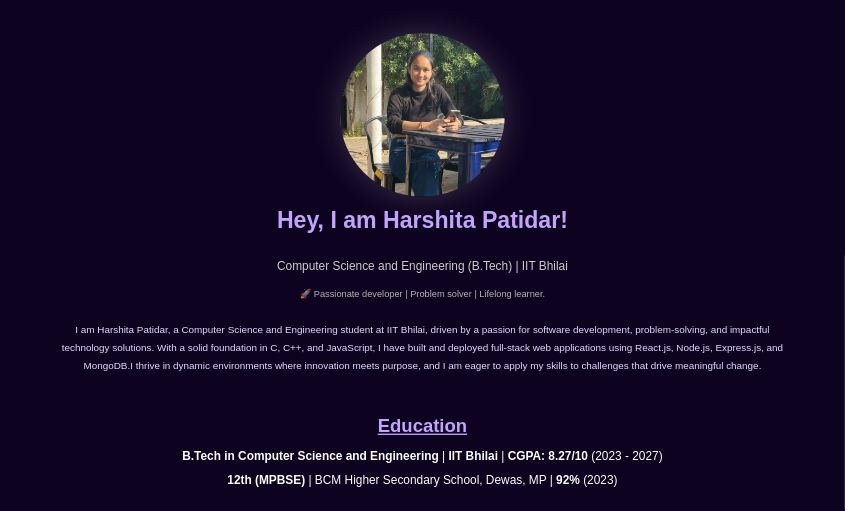
Repository: harshitap1305/Portfolio
Page: /
An editor plug-in stored every save of this project. The page is shown before and after the next save, followed by the edit.
The browser window is 1280 px wide. The pictures show the whole page, at 66% of full size.
The project was rebuilt for these pictures with package versions that can differ from the ones it lists, and the page was loaded fresh each time. Also part of the build but not shown: vite.config.js.

Above is the page before, as saved 2025-03-27 19:12:45.

After the next save:
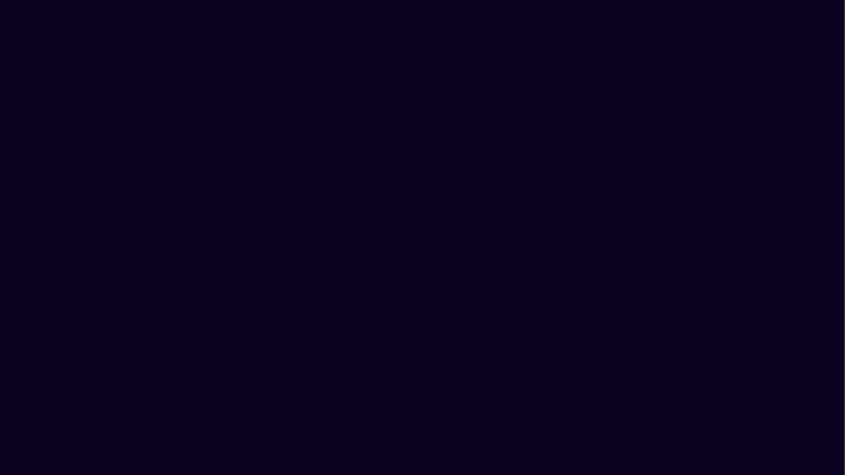
Console error: ReferenceError: SkillCard is not defined
Saved 31 s later.
--- a/src/Home.jsx
+++ b/src/Home.jsx
@@ -53,7 +53,18 @@
         </ul>
 
       </div>
-
+      <div className="skills-container">
+        {skillsData.map((section, index) => (
+          <div key={index} className="skill-section">
+            <h3 className="skill-category">{section.category}</h3>
+            <div className="skill-grid">
+              {section.skills.map((skill, i) => (
+                <SkillCard key={i} icon={skill.icon} name={skill.name} description={skill.description} />
+              ))}
+            </div>
+          </div>
+        ))}
+      </div>
     </>
   );
 };

After the save that followed:
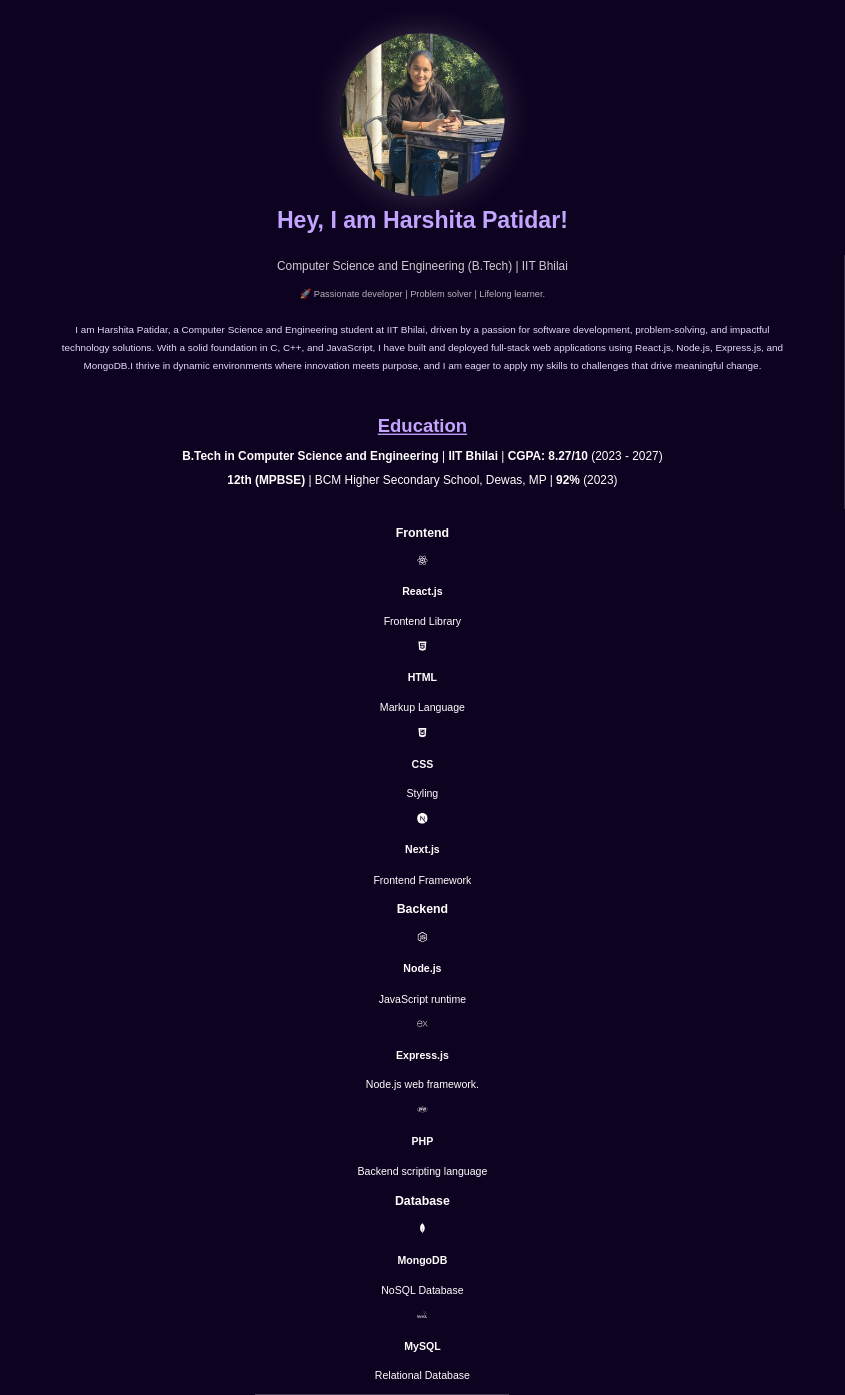
The error is gone.
Saved 21 s later.
--- a/src/Home.jsx
+++ b/src/Home.jsx
@@ -59,7 +59,7 @@
             <h3 className="skill-category">{section.category}</h3>
             <div className="skill-grid">
               {section.skills.map((skill, i) => (
-                <SkillCard key={i} icon={skill.icon} name={skill.name} description={skill.description} />
+                <Cards key={i} icon={skill.icon} name={skill.name} description={skill.description} />
               ))}
             </div>
           </div>
